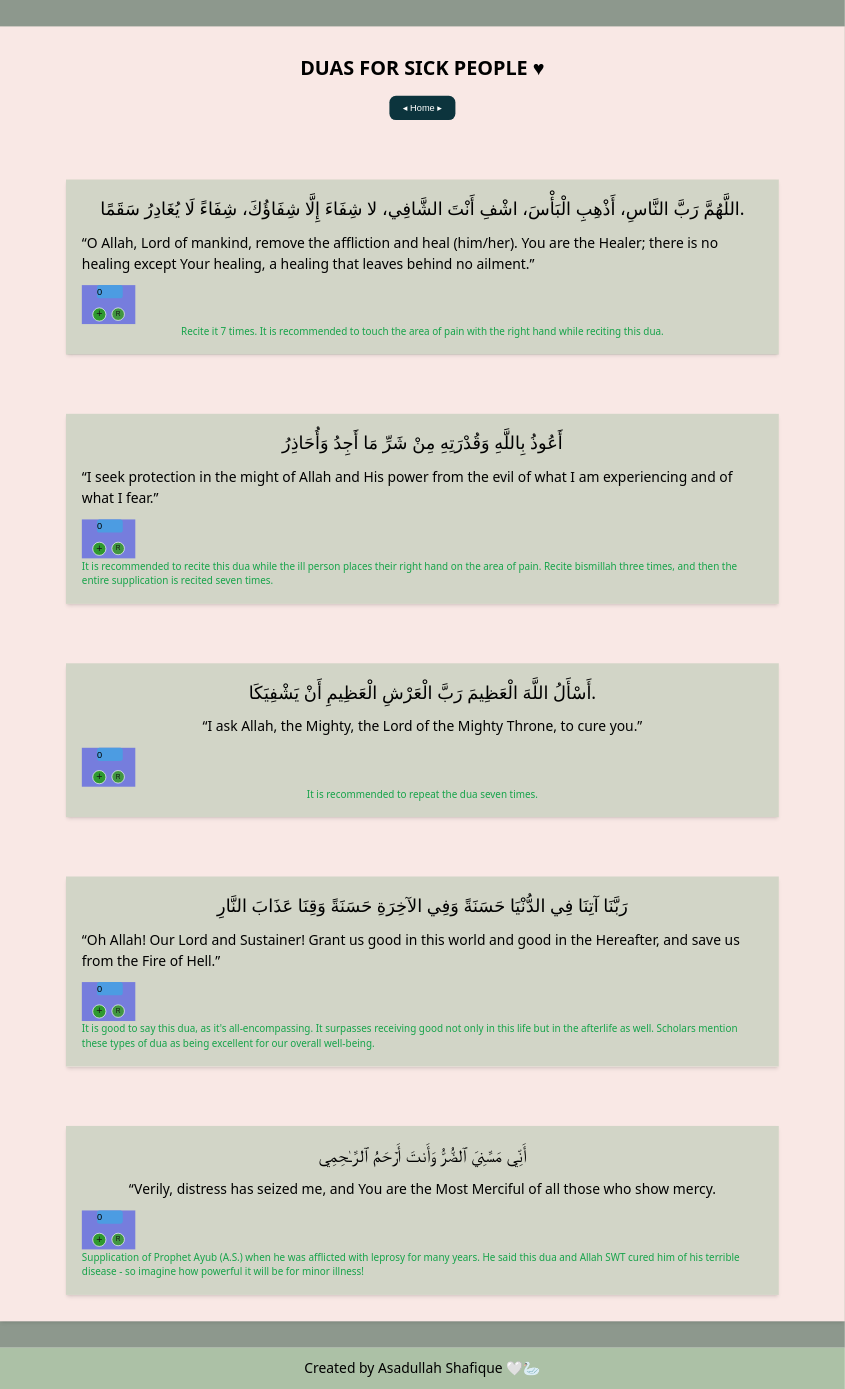
Repository: asadullah48/Duas_Diary
Page: /sick
The author's editor kept a copy of each file at every save. The page is drawn from the files as they stood at one save, then again after the next save.
The browser window is 1280 px wide. The pictures show the whole page, at 66% of full size.
The project was rebuilt for these pictures with package versions that can differ from the ones it lists, and the page was loaded fresh each time. The framework's server and built-in components were replaced by stand-ins that run in the browser. Also part of the build but not shown: next.config.ts.

Above is the page before, as saved 2024-11-30 10:24:33.

After the next save:
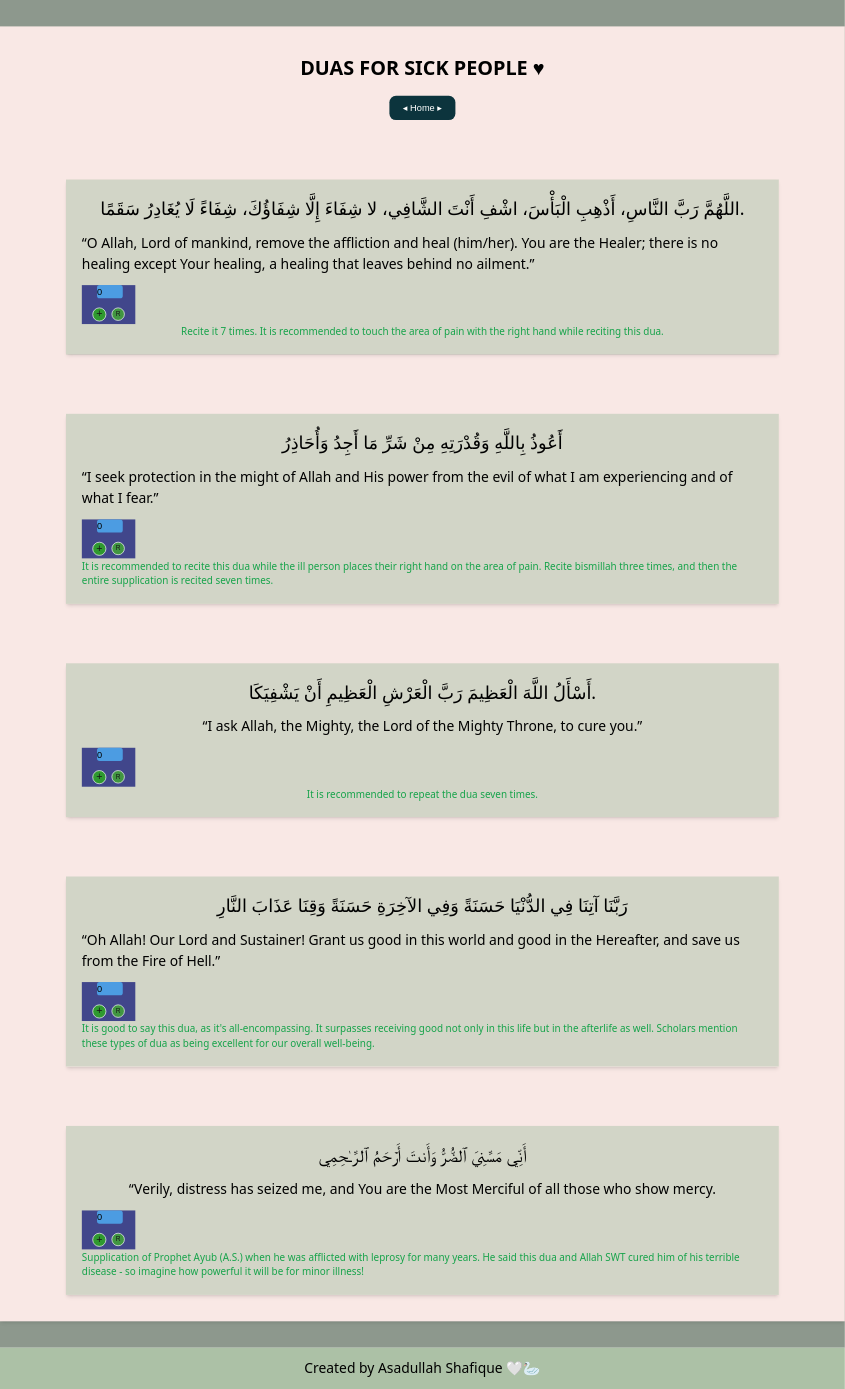
Saved 7 s later.
--- a/src/components/button.tsx
+++ b/src/components/button.tsx
@@ -16,7 +16,7 @@ export default function Button() {
   };
 
   return (
-    <div className="bg-[#616ae2d0] w-[81px] h-[59px] flex flex-col items-center justify-between">
+    <div className="bg-[#21277ed0] w-[81px] h-[59px] flex flex-col items-center justify-between">
       <p className="text-black w-[39px] flex text-sm bg-[#4c9ce2] rounded ml-1">
         {count}
       </p>
